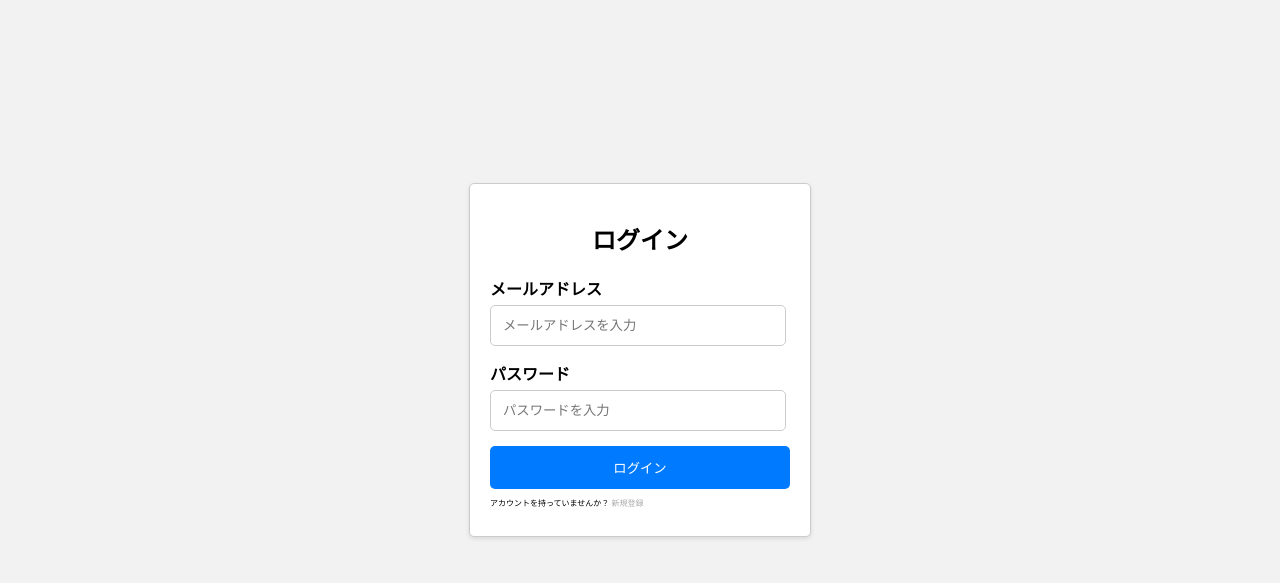
Repository: Jutta197/blog_0815
Page: src/main/resources/static/admin_login.html
These files come from the project's save history. The page is drawn as it stood at one moment and after the next save; the edit follows.
The browser window is 1280 px wide. The pictures show the whole page.

Above is the page before, as saved 2023-08-15 12:41:52.

### src/main/resources/static/admin_login.html
<!DOCTYPE html>
<html lang="ja">

<head>
    <meta charset="UTF-8">
    <meta name="viewport" content="width=device-width, initial-scale=1.0">
    <title>ログイン</title>
    <link rel="stylesheet" href="login.css">
</head>

<body>
    <div class="container">
        <form action="" method="post">
            <h1>ログイン</h1>
            <label for="email">メールアドレス</label>
            <input type="text" id="email" name="email" placeholder="メールアドレスを入力" required>
            <label for="password">パスワード</label>
            <input type="password" id="password" name="password" placeholder="パスワードを入力">
            <input type="submit" value="ログイン" id="submit-button">
        </form>
        <div class="signup-link">
            <p class="mb-0">アカウントを持っていませんか？ <a href="#!" class="text-white-50 fw-bold">新規登録</a></p>
        </div>
    </div>

</body>

</html>

### src/main/resources/static/login.css
body {
    font-family: Arial, sans-serif;
    background-color: #f2f2f2;
    margin: 0;
    padding: 0;
    display: flex;
    justify-content: center;
    align-items: center;
    min-height: 100vh;
}

.container {
    background-color: #fff;
    padding: 20px;
    border-radius: 5px;
    box-shadow: 0 2px 4px rgba(0, 0, 0, 0.1);
    border: 1px solid #ccc;
    width: 300px;
}

.container h1 {
    font-size: 24px;
    margin-bottom: 20px;
    text-align: center;
}

label {
    display: block;
    font-weight: bold;
    margin-bottom: 5px;
}

input[type="text"],
input[type="password"] {
    width: 90%;
    padding: 12px;
    margin-bottom: 15px;
    border: 1px solid #ccc;
    border-radius: 5px;
    outline: none;
    transition: border-color 0.3s;
}

input[type="text"]:focus,
input[type="password"]:focus {
    border-color: #007bff;
}

#submit-button {
    background-color: #007bff;
    color: #fff;
    border: none;
    padding: 12px 20px;
    border-radius: 5px;
    cursor: pointer;
    width: 100%;
    transition: background-color 0.3s;
}

#submit-button:hover {
    background-color: #0056b3;
}

.signup-link {
    font-size: 50%;
}

.signup-link a {
    color: #aaa;
    /* 初始颜色 */
    text-decoration: none;
    transition: color 0.3s ease, text-decoration 0.3s ease;
}

.signup-link a:hover {
    color: #007bff;
    /* 鼠标悬停时的颜色 */
    text-decoration: underline;
    /* 鼠标悬停时显示下划线 */
}

After the next save:
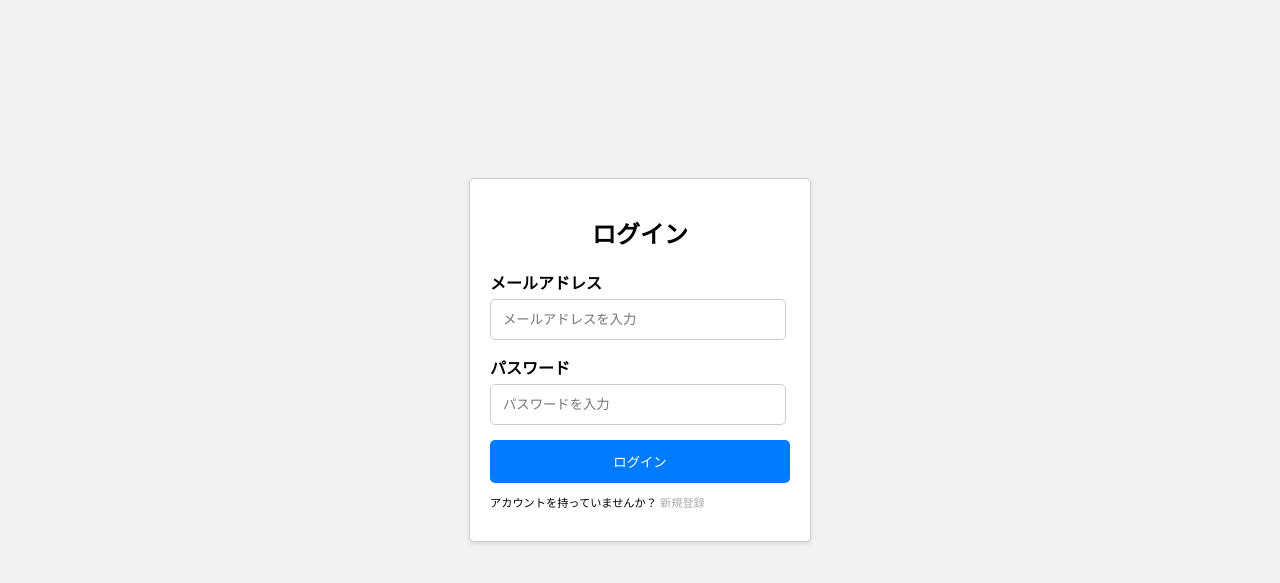
Saved 9 s later.
--- a/src/main/resources/static/login.css
+++ b/src/main/resources/static/login.css
@@ -62,7 +62,7 @@ input[type="password"]:focus {
 }
 
 .signup-link {
-    font-size: 50%;
+    font-size: 70%;
 }
 
 .signup-link a {
